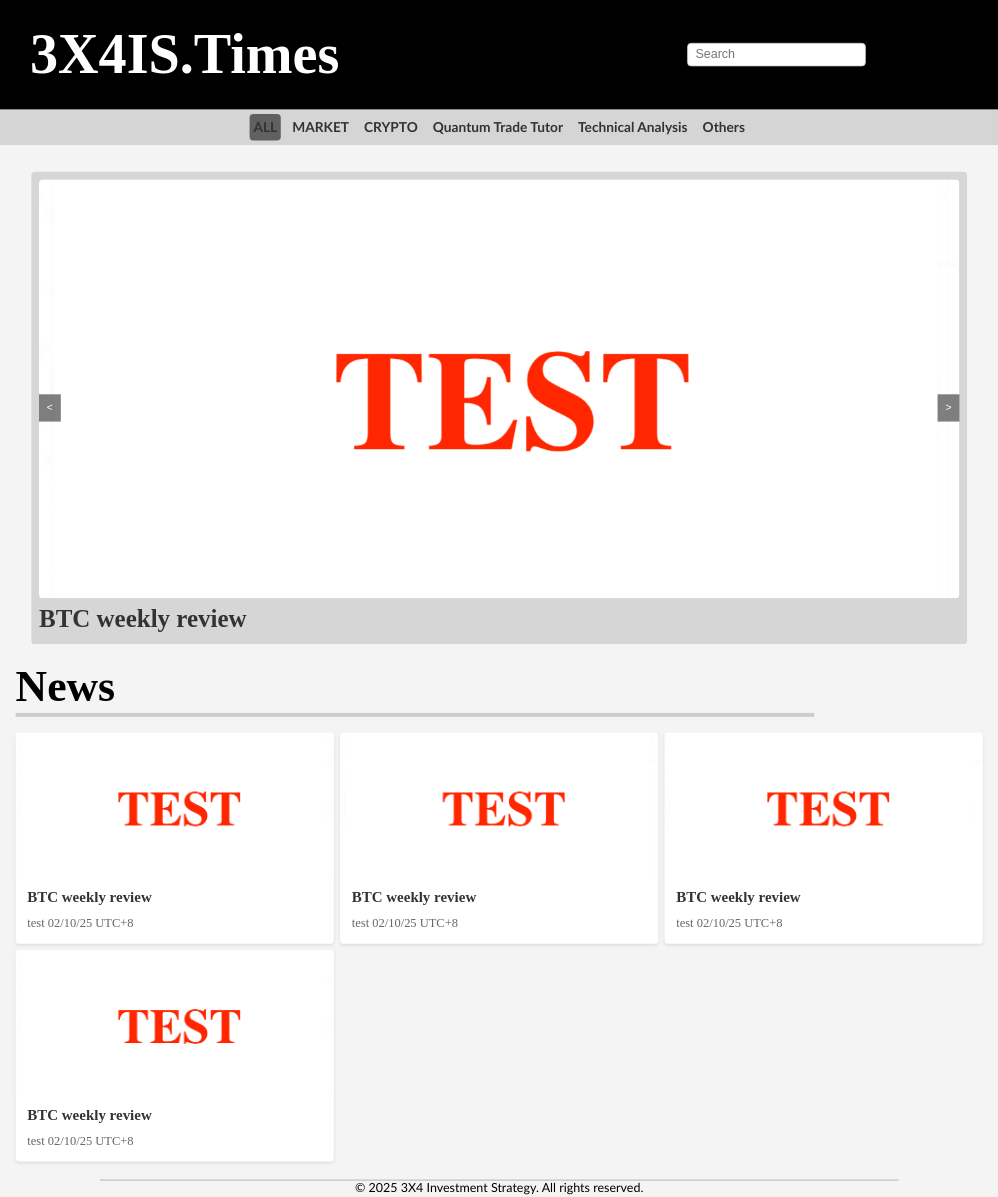
Repository: SongSongLook/songsonglook.github.io
Page: index.html
The author's editor kept a copy of each file at every save. The page is drawn from the files as they stood at one save, then again after the next save.
The browser window is 1280 px wide. The pictures show the whole page, at 78% of full size.

Above is the page before, as saved 2025-02-27 22:44:48.
Console error: TypeError: Cannot set properties of null (setting 'innerHTML')

After the next save:
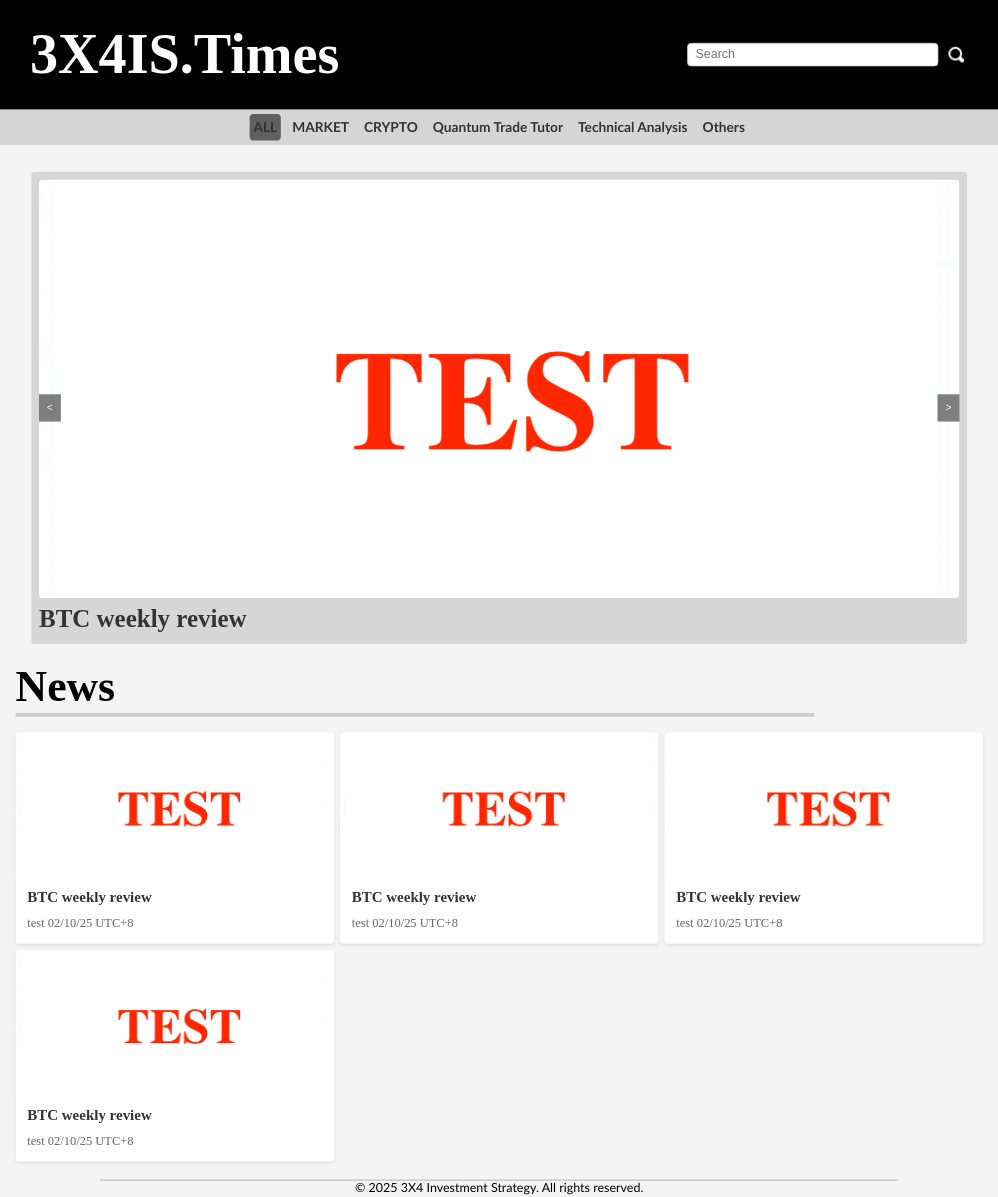
Saved 16 s later.
--- a/index.html
+++ b/index.html
@@ -13,8 +13,14 @@
     <!-- First column：logo and search container -->
     <div class="header-top">
       <a href="index.html" class="logo">3X4IS.Times</a>
+
       <div class="search-container">
-        <input type="text" id="search-input" placeholder="Search">
+        <form id="search-form">
+          <input type="text" id="search-input" placeholder="Search">
+          <button type="submit" class="search-btn">
+            <img src="images/magnifying-glass-3-512.png" alt="Search">
+          </button>
+        </form>
       </div>
 
       <div class="mobile-menu" id="mobile-menu">
@@ -35,9 +41,11 @@
         <li data-category="etc">Others</li>
       </ul>
     </nav>
+
   </header>
 
   <main>
+
     <section class="carousel-container">
       <section class="carousel">
         <!-- carousel dynamically filled by script.js -->
